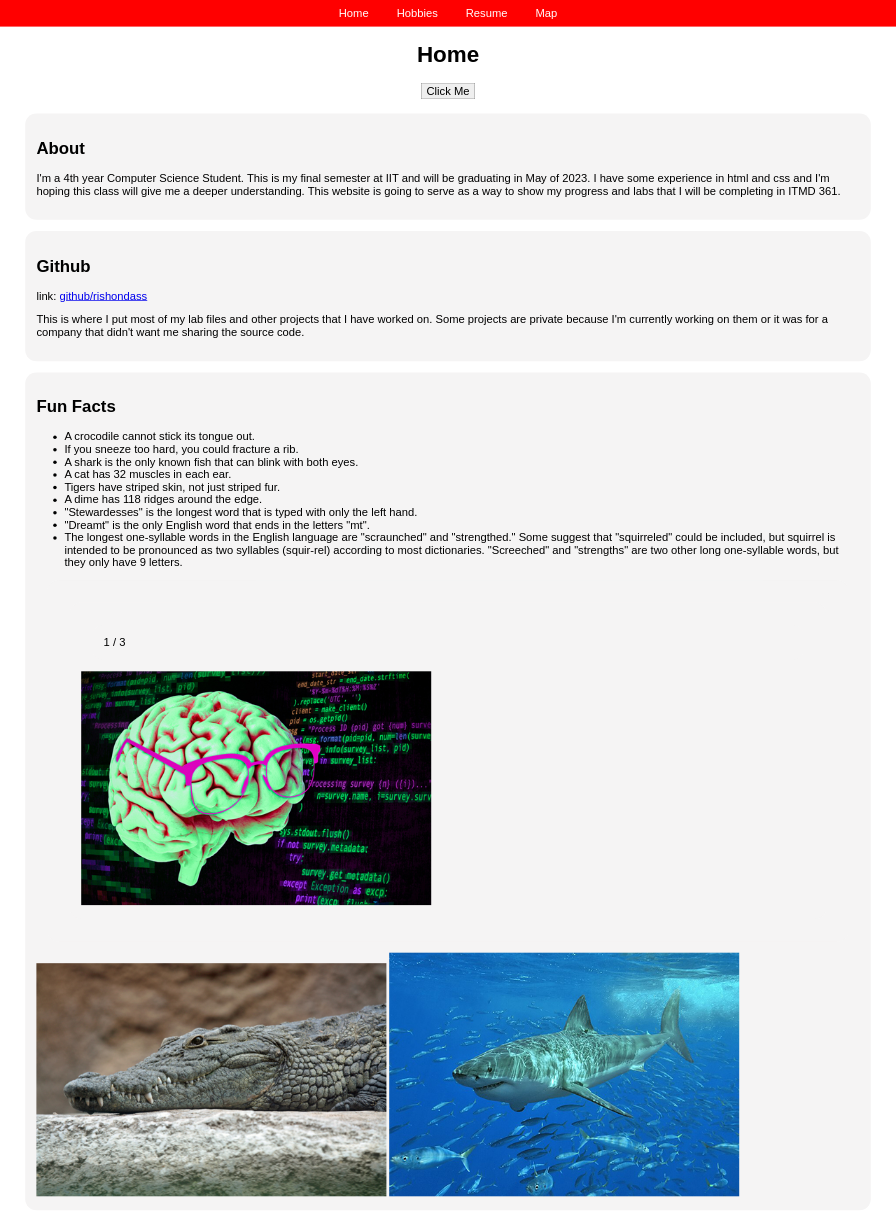
Repository: rishondass/ITMD361-Project3
Page: index.html
These files come from the project's save history. The page is drawn as it stood at one moment and after a run of saves; the edit follows.
The browser window is 1280 px wide. The pictures show the whole page, at 70% of full size.

Above is the page before, as saved 2023-04-28 18:16:08.

### index.html
<!DOCTYPE html>
<html lang="en">
<head>
  <meta charset="UTF-8">
  <meta name="viewport" content="width=device-width, initial-scale=1.0">
  <script src="./js/index.js"></script>
  <link rel="stylesheet" href="css/normalize.css">
  <link rel="stylesheet" href="css/style.css">
  <title>Home</title>
</head>
<body>
  <nav id="main-nav">
    <ul>
      <li>
        <a href="index.html">Home</a>
      </li>
      <li>
        <a href="hobbies.html">Hobbies</a>
      </li>
      <li>
        <a href="resume.html">Resume</a>
      </li>
      <li>
        <a href="map.html">Map</a>
      </li>
    </ul>
  </nav>
  <div id="hero-section">
    <h1 id="title">
      Home
    </h1>
    <div id="secretdiv">
      <button id="secretbutton">Click Me</button>
    </div>

  </div>
  <div id="main-container">
    <div id="about-section">
      <h2>
        About
      </h2>
      <p>
        I'm a 4th year Computer Science Student. This is my final semester at IIT and will be graduating in May of 2023. I have some experience in html and css and I'm hoping this class will give me a deeper understanding. This website is going to serve as a way to show my progress and labs that I will be completing in ITMD 361.
      </p>
    </div>
    <div id="github-section">
      <h2>
        Github
      </h2>
      <p>
        link: <a target="_blank" href="https://www.github.com/rishondass">github/rishondass</a>
      </p>
      <p>
        This is where I put most of my lab files and other projects that I have worked on. Some projects are private because I'm currently working on them or it was for a company that didn't want me sharing the source code.
      </p>
    </div>
    <div id="funfactions-section">
      <h2>
        Fun Facts
      </h2>
      <ul>
        <li>
          A crocodile cannot stick its tongue out.
        </li>
        <li>
          If you sneeze too hard, you could fracture a rib.
        </li>
        <li>
          A shark is the only known fish that can blink with both eyes.
        </li>
        <li>
          A cat has 32 muscles in each ear.
        </li>
        <li>
          Tigers have striped skin, not just striped fur.
        </li>
        <li>
          A dime has 118 ridges around the edge.
        </li>
        <li>
          "Stewardesses" is the longest word that is typed with only the left hand.
        </li>
        <li>
          "Dreamt" is the only English word that ends in the letters "mt".
        </li>
        <li>
          The longest one-syllable words in the English language are "scraunched" and "strengthed." Some suggest that "squirreled" could be included, but squirrel is intended to be pronounced as two syllables (squir-rel) according to most dictionaries. "Screeched" and "strengths" are two other long one-syllable words, but they only have 9 letters.
        </li>
      </ul>
      <div class="slideshow-container">
        <div class="mySlides fade">
          <div class="numbertext">1 / 3</div>
          <img src="images/code.jpg" alt="image_of_code">
        </div>
      </div>

      <img src="images/nile_crocodile_head.jpg" alt="image_of_crocodile">
      <img src="images/white_shark.jpg" alt="image_of_shark">
    </div>
  </div>
</body>
</html>

### js/index.js
window.onload = function(){
    let secretButton = document.getElementById("secretbutton");

    secretButton.addEventListener("click",()=>{
        window.open("https://www.youtube.com/watch?v=BBJa32lCaaY");
    });
}

### css/style.css
#main-nav{
    background-color: red;
    overflow: hidden;
}

#main-nav ul{
    list-style-type: none;
    padding: 0;
    margin: 0;
    display: flex;
    justify-content: center;
}

#main-nav a{
   display: block;
   padding: 10px 20px;
   text-decoration: none;
   color: white;
}


#main-nav a:hover{
    background-color: rgb(255, 255, 255);
    color:black;
}

#main-container{
    margin: 20px;
}

/*
To be added
#hero-section{
    width: 100%;
    height: 100vh;
    background-color:rgb(15, 92, 207);
} */

#title{
    text-align: center;
}

#about-section{

}

#main-container div{
    margin: 1rem;
    border-radius: 1rem;
    padding: 1rem;
    background-color:rgb(245, 244, 244);
}

.container-objects{
    margin: 1rem;
    border-radius: 1rem;
    padding: 1rem;
    background-color:rgb(245, 244, 244);
}

.hobbies-images{
    width: 300px;
}

.hobbies-videos{
    width: 500px;
}



.hobby-container-item{
    float: left;
    background-color:rgb(245, 244, 244);
}


#map {
  display: flex;
  justify-items: center;
  height: 800px;
  width: 80%;
  margin: 10px auto;
}

@media screen and (max-width:390px) {
  .container-objects{
    background-color: red;
    color: white;
    text-align: center;
    padding: 12px;
    height: 500px;
  }
}

@media screen and (max-width:820px) and (min-width:390px) {
  .container-objects{
    background-color: rgb(212, 0, 255);
    color: white;
    text-align: right;
    height: 300px;
    padding: 10px;
  }
}

#secretdiv{
    display: flex;
    justify-content: center;
}

Loaded but not shown: css/normalize.css (library)

After the next 3 saves:
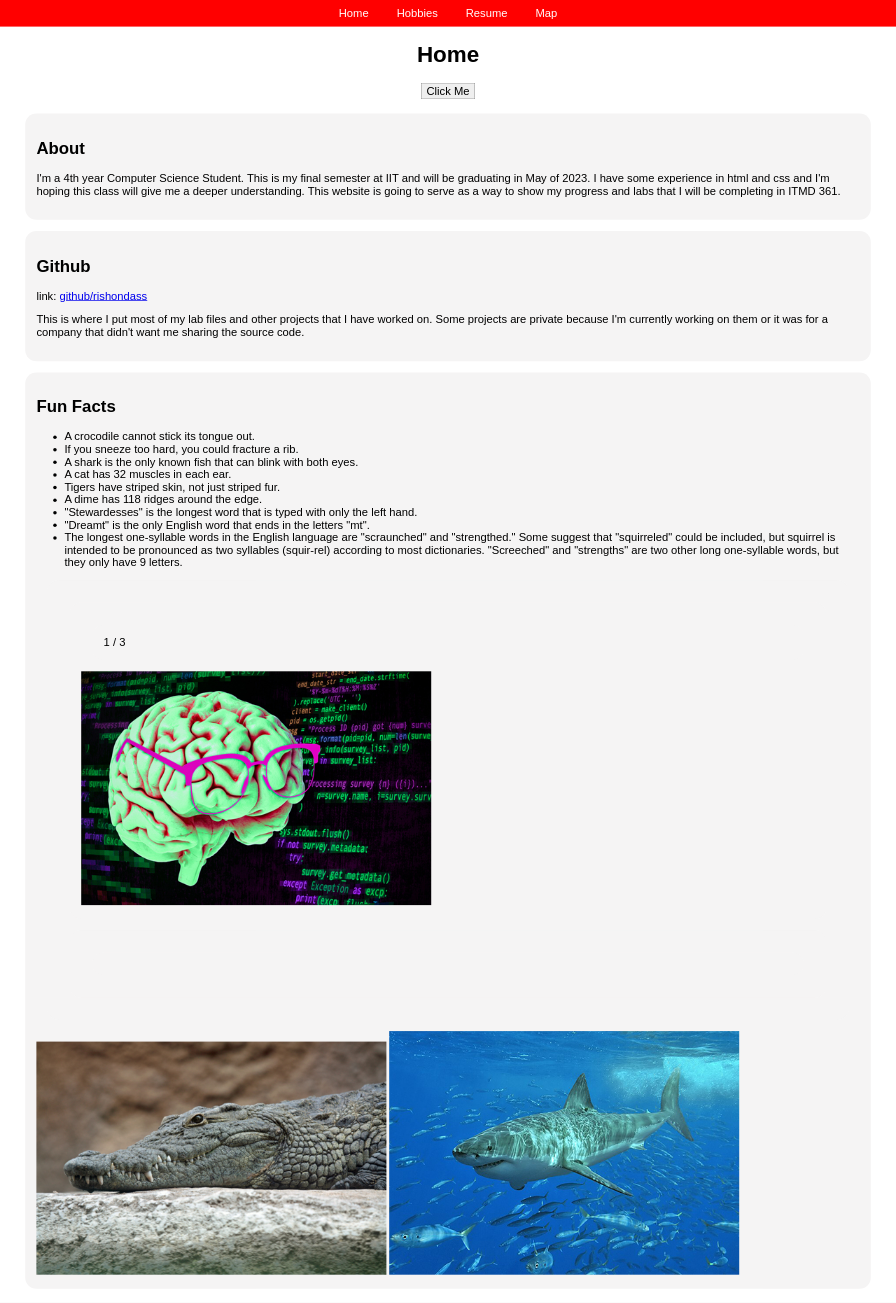
The 3 saves are shown as one change because they came seconds apart.
The last was saved 13 s later.
--- a/index.html
+++ b/index.html
@@ -92,6 +92,10 @@
           <div class="numbertext">1 / 3</div>
           <img src="images/code.jpg" alt="image_of_code">
         </div>
+
+        <div>
+          <div></div>
+        </div>
       </div>
 
       <img src="images/nile_crocodile_head.jpg" alt="image_of_crocodile">
